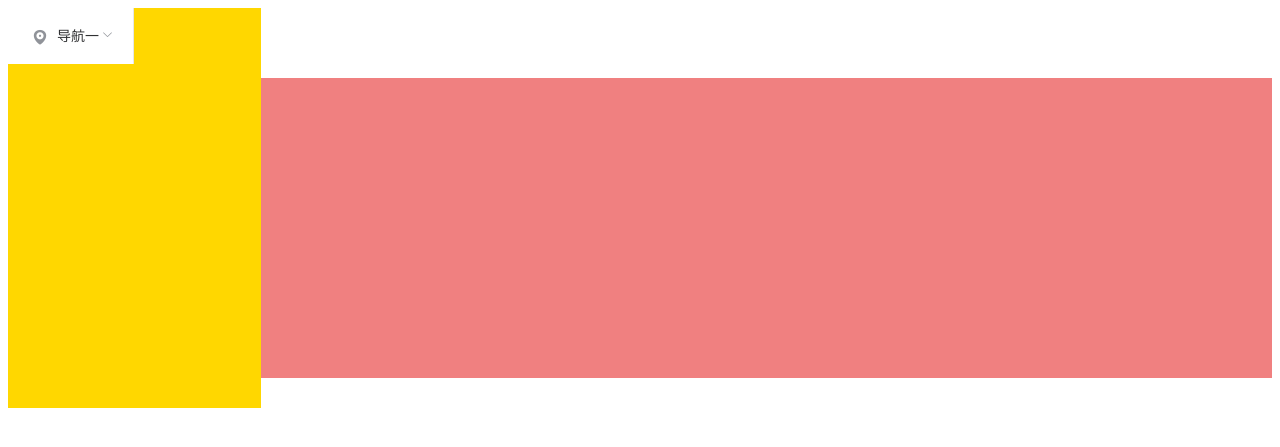
Repository: he-ming-de/vue-back
Page: /
An editor plug-in stored every save of this project. The page is shown before and after a run of saves, followed by the edit.
The browser window is 1280 px wide. The pictures show the whole page.
The page's requests for data from a server got no answer. The project was rebuilt for these pictures with package versions that can differ from the ones it lists, and the page was loaded fresh each time. No one was signed in, and anything a server would have sent is missing.

Above is the page before, as saved 2020-08-27 15:51:35.

After the next 2 saves:
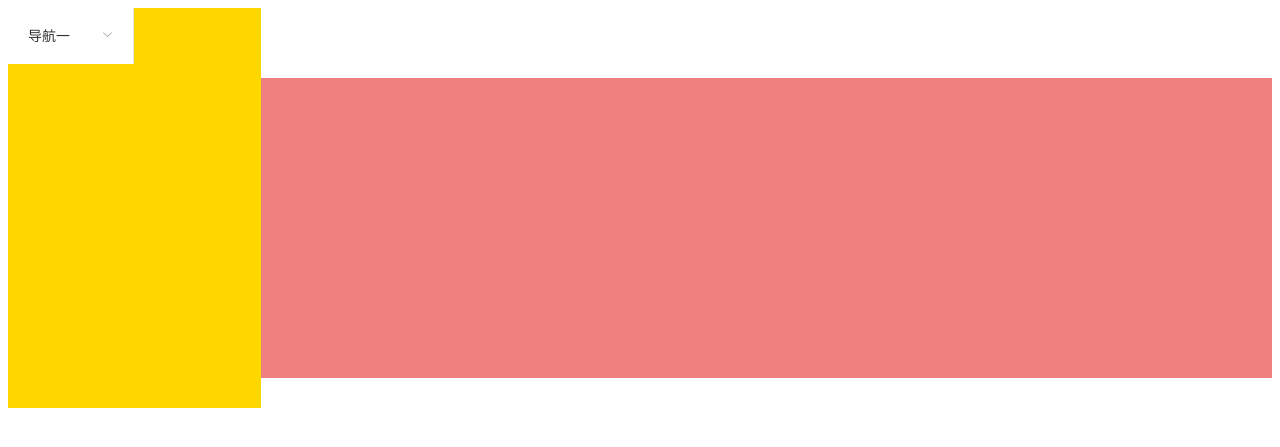
The 2 saves are shown as one change because they came seconds apart.
The last was saved 36 s later.
--- a/src/views/Home.vue
+++ b/src/views/Home.vue
@@ -11,7 +11,6 @@
           >
             <el-submenu index="1">
               <template slot="title">
-                <i class="el-icon-location"></i>
                 <span>导航一</span>
               </template>
               <el-menu-item-group>
